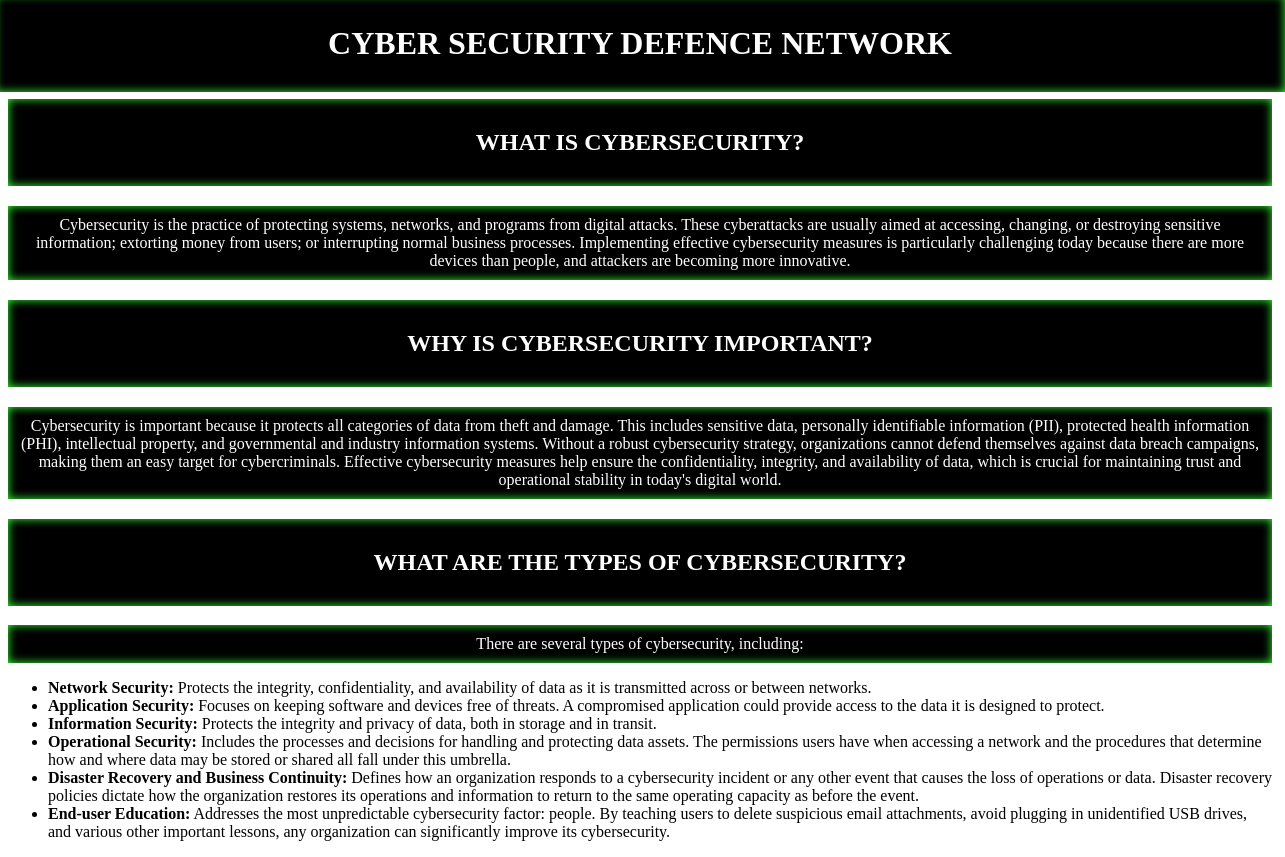
Repository: newworldhost/nwh
Page: index.html
An editor plug-in stored every save of this project. The page is shown before and after the next save, followed by the edit.
The browser window is 1280 px wide. The page is 1285 px wide, so the pictures cover 1285 px, including what lies to the right of the window. The pictures show the whole page.

Above is the page before, as saved 2025-03-04 15:43:19.

### index.html
<!DOCTYPE html>
<html lang="en">
<head>
    <meta charset="UTF-8">
    <meta name="viewport" content="width=device-width, initial-scale=1.0">
    <meta name="author" content="cyber security defence network">
    <meta name="description" content="cyber security defence network">
    <meta name="keywords" content="cyber security defence network">
    <link rel="stylesheet" href="style.css">
    <title>cyber security defence network</title>
</head>
<body>
    <h1>cyber security defence network</h1>

    <h2>What is cybersecurity?</h2>
    <p>Cybersecurity is the practice of protecting systems, networks, and programs from digital attacks. These cyberattacks are usually aimed at accessing, changing, or destroying sensitive information; extorting money from users; or interrupting normal business processes. Implementing effective cybersecurity measures is particularly challenging today because there are more devices than people, and attackers are becoming more innovative.</p>
    <h2>Why is cybersecurity important?</h2>
    <p>Cybersecurity is important because it protects all categories of data from theft and damage. This includes sensitive data, personally identifiable information (PII), protected health information (PHI), intellectual property, and governmental and industry information systems. Without a robust cybersecurity strategy, organizations cannot defend themselves against data breach campaigns, making them an easy target for cybercriminals. Effective cybersecurity measures help ensure the confidentiality, integrity, and availability of data, which is crucial for maintaining trust and operational stability in today's digital world.</p>
    <h2>What are the types of cybersecurity?</h2>
    <p>There are several types of cybersecurity, including:</p>
    <ul>
        <li><strong>Network Security:</strong> Protects the integrity, confidentiality, and availability of data as it is transmitted across or between networks.</li>
        <li><strong>Application Security:</strong> Focuses on keeping software and devices free of threats. A compromised application could provide access to the data it is designed to protect.</li>
        <li><strong>Information Security:</strong> Protects the integrity and privacy of data, both in storage and in transit.</li>
        <li><strong>Operational Security:</strong> Includes the processes and decisions for handling and protecting data assets. The permissions users have when accessing a network and the procedures that determine how and where data may be stored or shared all fall under this umbrella.</li>
        <li><strong>Disaster Recovery and Business Continuity:</strong> Defines how an organization responds to a cybersecurity incident or any other event that causes the loss of operations or data. Disaster recovery policies dictate how the organization restores its operations and information to return to the same operating capacity as before the event.</li>
        <li><strong>End-user Education:</strong> Addresses the most unpredictable cybersecurity factor: people. By teaching users to delete suspicious email attachments, avoid plugging in unidentified USB drives, and various other important lessons, any organization can significantly improve its cybersecurity.</li>
    </ul>
</body>
</html>

### style.css
h1 {
    text-align: center;
    background-color: black;
    color:white;
    padding:30px;
    text-transform: uppercase;
    box-shadow: inset 0 0 10px #33ff33;
    margin:-13px;
}
h2 {
    text-align: center;
    background-color: black;
    color:white;
    padding:30px;
    text-transform: uppercase;
    box-shadow: inset 0 0 10px #33ff33;
}
p {
    background-color:black;
    color:white;
    padding:10px;
    text-align:center;
    box-shadow: inset 0 0 10px #33ff33;
}
body {
    background-color:
}

After the next save:
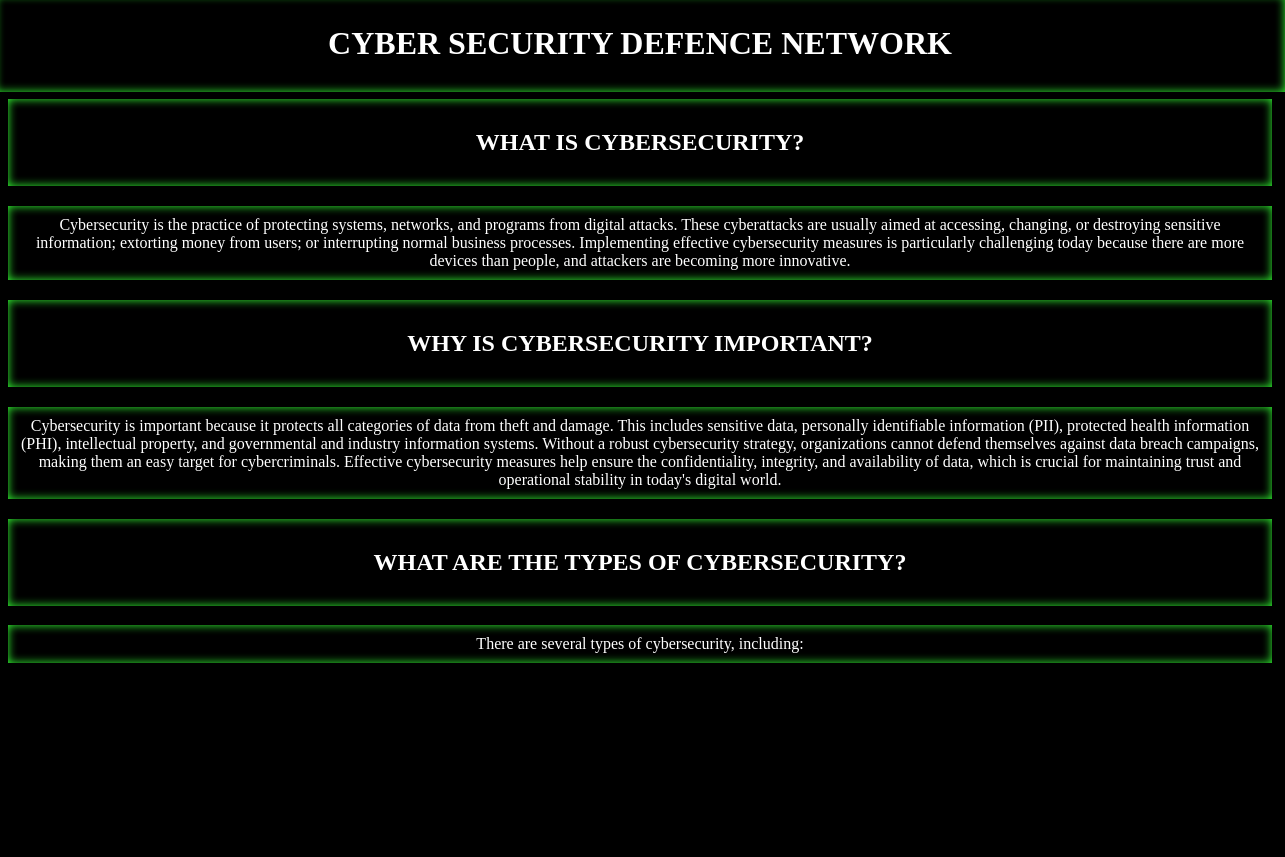
Saved 4 s later.
--- a/style.css
+++ b/style.css
@@ -23,5 +23,5 @@ p {
     box-shadow: inset 0 0 10px #33ff33;
 }
 body {
-    background-color:
+    background-color:black;
 }
